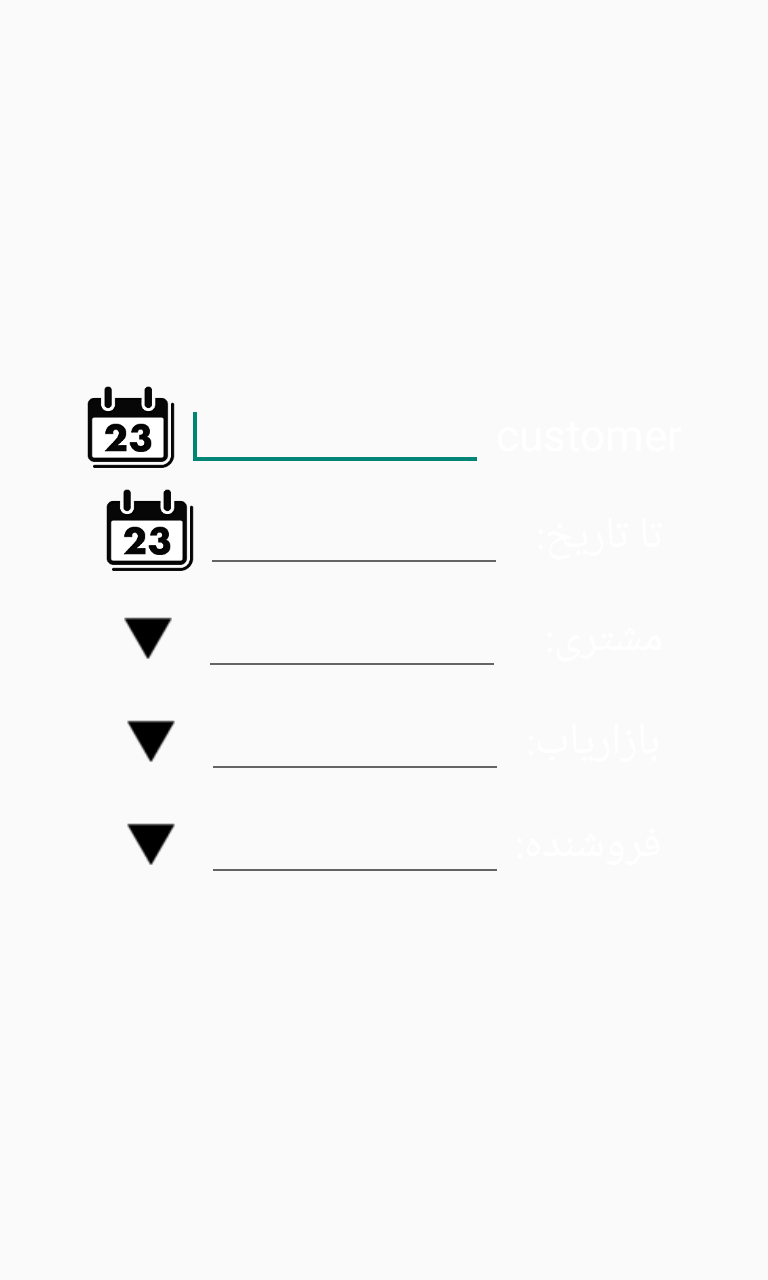
Repository: AtiehPardaz/Reports-Mobile
Layout: Reportsmobile/res/layout/frg_forosh_customer.xml
These files come from the project's save history. The layout is drawn as it stood at one moment and after the next save; the edit follows.
It is drawn on a 768 x 1280 px phone screen (xhdpi) without system bars, with theme AppTheme; the app's code is not run.

Above is the layout before, as saved 2015-03-09 13:45:01.

### Reportsmobile/res/layout/frg_forosh_customer.xml
<LinearLayout xmlns:android="http://schemas.android.com/apk/res/android"
    android:layout_width="match_parent"
    android:layout_height="match_parent"
    android:layout_gravity="center"
    android:layout_weight="1"
    android:gravity="center"
    android:orientation="vertical" >

    <LinearLayout
        android:layout_width="wrap_content"
        android:layout_height="wrap_content"
        android:gravity="right" >

        <ImageButton
            android:id="@+id/ImageButton01"
            android:layout_width="44dp"
            android:layout_height="44dp"
            android:background="@drawable/ic_action_date" />

        <EditText
            android:id="@+id/EditText01"
            android:layout_width="150dp"
            android:layout_height="wrap_content"
            android:layout_gravity="center"
            android:layout_margin="5dp"
            android:inputType="date" >

            <requestFocus />
        </EditText>

        <TextView
            android:id="@+id/TextView01"
            android:layout_width="wrap_content"
            android:layout_height="wrap_content"
            android:layout_gravity="right|center"
            android:gravity="right"
            android:text="customer"
            android:textAppearance="?android:attr/textAppearanceLarge"
            android:textColor="#ffffff" />
    </LinearLayout>

        <LinearLayout
            android:layout_width="wrap_content"
            android:layout_height="wrap_content"
            android:gravity="right" >

            <ImageButton
                android:id="@+id/imgbtn_todate_forosh"
                android:layout_width="44dp"
                android:layout_height="44dp"
                android:background="@drawable/ic_action_date" />

            <EditText
                android:id="@+id/et_todate_forosh"
                android:layout_width="150dp"
                android:layout_height="wrap_content"
                android:layout_gravity="center"
                android:layout_margin="5dp"
                android:inputType="date" />

            <TextView
                android:id="@+id/tv_todate_forosh"
                android:layout_width="wrap_content"
                android:layout_height="wrap_content"
                android:layout_gravity="right|center"
                android:gravity="right"
                android:text="تا تاریخ:  "
                android:textAppearance="?android:attr/textAppearanceLarge"
                android:textColor="#ffffff" />

        </LinearLayout>

        <LinearLayout
            android:layout_width="wrap_content"
            android:layout_height="wrap_content"
            android:gravity="right" >

            <ImageButton
                android:id="@+id/imgbtn_customer_forosh"
                android:layout_width="44dp"
                android:layout_height="44dp"
                android:background="@drawable/down" />

            <EditText
                android:id="@+id/et__customer_forosh"
                android:layout_width="150dp"
                android:layout_height="wrap_content"
                android:layout_gravity="center"
                android:layout_margin="5dp"
                android:inputType="date" />

            <TextView
                android:id="@+id/tv__customer_forosh"
                android:layout_width="wrap_content"
                android:layout_height="wrap_content"
                android:layout_gravity="right|center"
                android:gravity="right"
                android:text="مشتری:   "
                android:textAppearance="?android:attr/textAppearanceLarge"
                android:textColor="#ffffff" />

        </LinearLayout>

        <LinearLayout
            android:layout_width="wrap_content"
            android:layout_height="wrap_content"
            android:gravity="right" >

            <ImageButton
                android:id="@+id/imgbtn_bazaryab_forosh"
                android:layout_width="44dp"
                android:layout_height="44dp"
                android:background="@drawable/down" />

            <EditText
                android:id="@+id/et__bazarya_forosh"
                android:layout_width="150dp"
                android:layout_height="wrap_content"
                android:layout_gravity="center"
                android:layout_margin="5dp"
                android:inputType="date" />

            <TextView
                android:id="@+id/tv__bazarya_forosh"
                android:layout_width="wrap_content"
                android:layout_height="wrap_content"
                android:layout_gravity="right|center"
                android:gravity="right"
                android:text="بازاریاب: "
                android:textAppearance="?android:attr/textAppearanceLarge"
                android:textColor="#ffffff" />

        </LinearLayout>

        <LinearLayout
            android:layout_width="wrap_content"
            android:layout_height="wrap_content"
            android:gravity="right" >

            <ImageButton
                android:id="@+id/imgbtn_foroshande_forosh"
                android:layout_width="44dp"
                android:layout_height="44dp"
                android:background="@drawable/down" />

            <EditText
                android:id="@+id/et__foroshande_forosh"
                android:layout_width="150dp"
                android:layout_height="wrap_content"
                android:layout_gravity="center"
                android:layout_margin="5dp"
                android:inputType="date" />

            <TextView
                android:id="@+id/tv__foroshande_forosh"
                android:layout_width="wrap_content"
                android:layout_height="wrap_content"
                android:layout_gravity="right|center"
                android:gravity="right"
                android:text="فروشنده:"
                android:textAppearance="?android:attr/textAppearanceLarge"
                android:textColor="#ffffff" />

        </LinearLayout>

    </LinearLayout>

Loaded but not shown: Reportsmobile/res/values/styles.xml (common file); Reportsmobile/res/values-v11/styles.xml (common file); Reportsmobile/res/values-v14/styles.xml (common file)

After the next save:
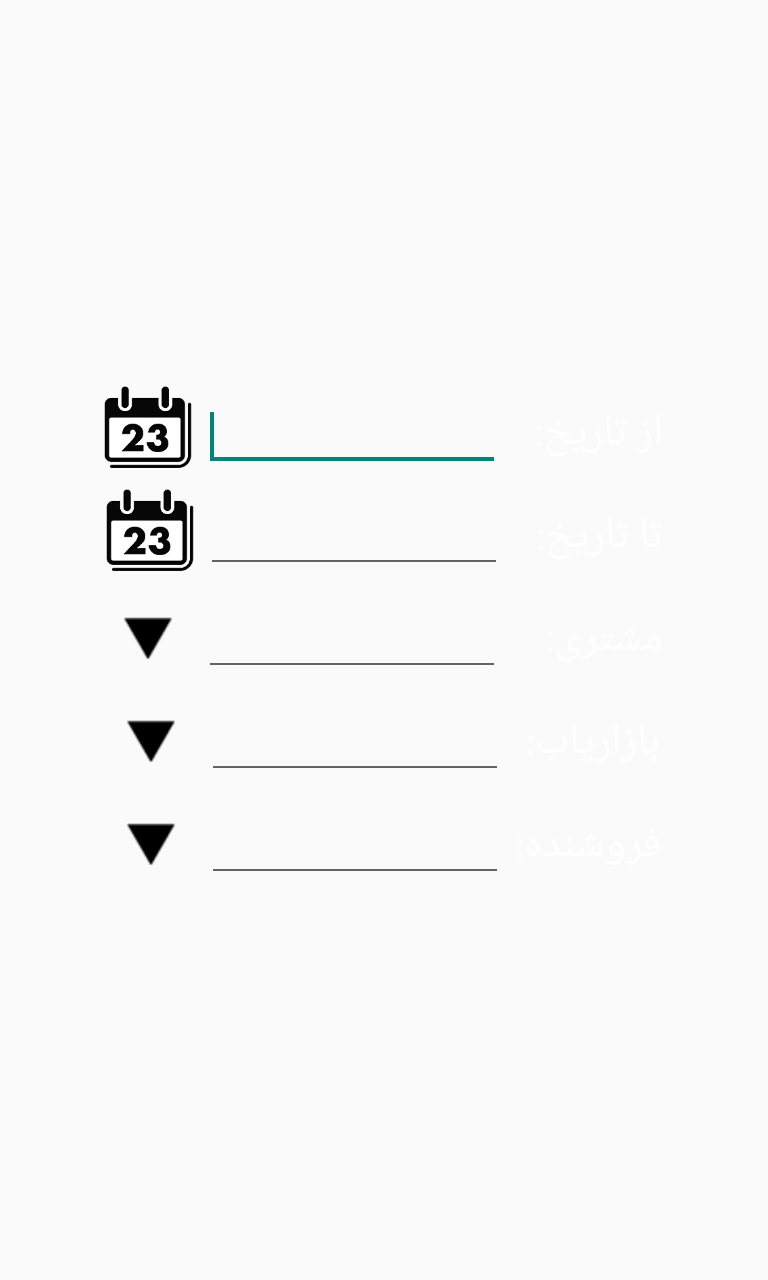
Saved 4 min 40 s later.
--- a/Reportsmobile/res/layout/frg_forosh_customer.xml
+++ b/Reportsmobile/res/layout/frg_forosh_customer.xml
@@ -34,7 +34,7 @@
             android:layout_height="wrap_content"
             android:layout_gravity="right|center"
             android:gravity="right"
-            android:text="customer"
+            android:text="از تاریخ:  "
             android:textAppearance="?android:attr/textAppearanceLarge"
             android:textColor="#ffffff" />
     </LinearLayout>
